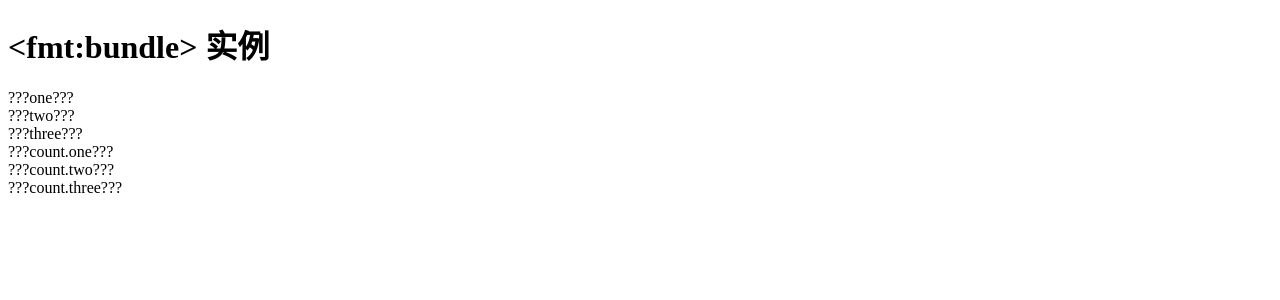
Repository: eterinfi/java
Page: http://localhost/JSPDemo/JSTLDemo/fmt/fmt_bundle.jsp
The author's editor kept a copy of each file at every save. The page is drawn from the files as they stood at one save, then again after the next save.
The browser window is 1280 px wide. The pictures show the whole page.
The page is served by Tomcat 9. Other server files are loaded and not shown.

Above is the page before, as saved 2016-11-15 13:57:46.

### jee/JSPDemo/WebContent/JSTLDemo/fmt/fmt_bundle.jsp
<%@ page language="java" contentType="text/html; charset=UTF-8"
    pageEncoding="UTF-8"%>
<%@ taglib prefix="c" uri="http://java.sun.com/jsp/jstl/core" %>
<%@ taglib prefix="fmt" uri="http://java.sun.com/jsp/jstl/fmt" %>
<!DOCTYPE html PUBLIC "-//W3C//DTD HTML 4.01 Transitional//EN" "http://www.w3.org/TR/html4/loose.dtd">
<html>
<head>
  <meta http-equiv="Content-Type" content="text/html; charset=UTF-8">
  <title>JSTL fmt:bundle 标签实例</title>
</head>
<body>
  <h1>&lt;fmt:bundle&gt; 实例</h1>
  <fmt:bundle basename="Example" prefix="count.">
    <fmt:message key="one" /><br />
    <fmt:message key="two" /><br />
    <fmt:message key="three" /><br />
  </fmt:bundle>
  <fmt:bundle basename="Example">
    <fmt:message key="count.one" /><br />
    <fmt:message key="count.two" /><br />
    <fmt:message key="count.three" /><br />
  </fmt:bundle>
</body>
</html>

### jee/JSPDemo/src/jstl/demo/fmt/Example.java
package JSTLDemo.fmt;

import java.util.ListResourceBundle;

public class Example extends ListResourceBundle {
	@Override
	public Object[][] getContents() {
		return contents;
	}
    static final Object[][] contents = {
    		{"count.one", "One"},
    		{"count.two", "Two"},
    		{"count.three", "Three"},
    };
}

After the next save:
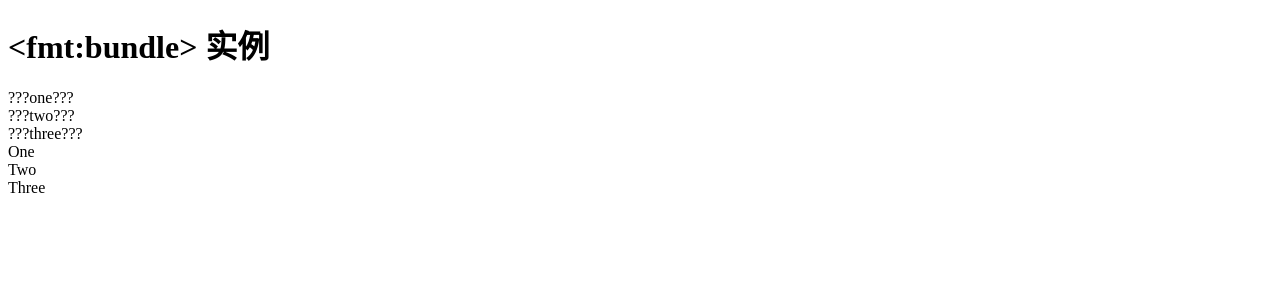
Saved 73 s later.
--- a/jee/JSPDemo/WebContent/JSTLDemo/fmt/fmt_bundle.jsp
+++ b/jee/JSPDemo/WebContent/JSTLDemo/fmt/fmt_bundle.jsp
@@ -15,7 +15,7 @@
     <fmt:message key="two" /><br />
     <fmt:message key="three" /><br />
   </fmt:bundle>
-  <fmt:bundle basename="Example">
+  <fmt:bundle basename="JSTLDemo.fmt.Example">
     <fmt:message key="count.one" /><br />
     <fmt:message key="count.two" /><br />
     <fmt:message key="count.three" /><br />
